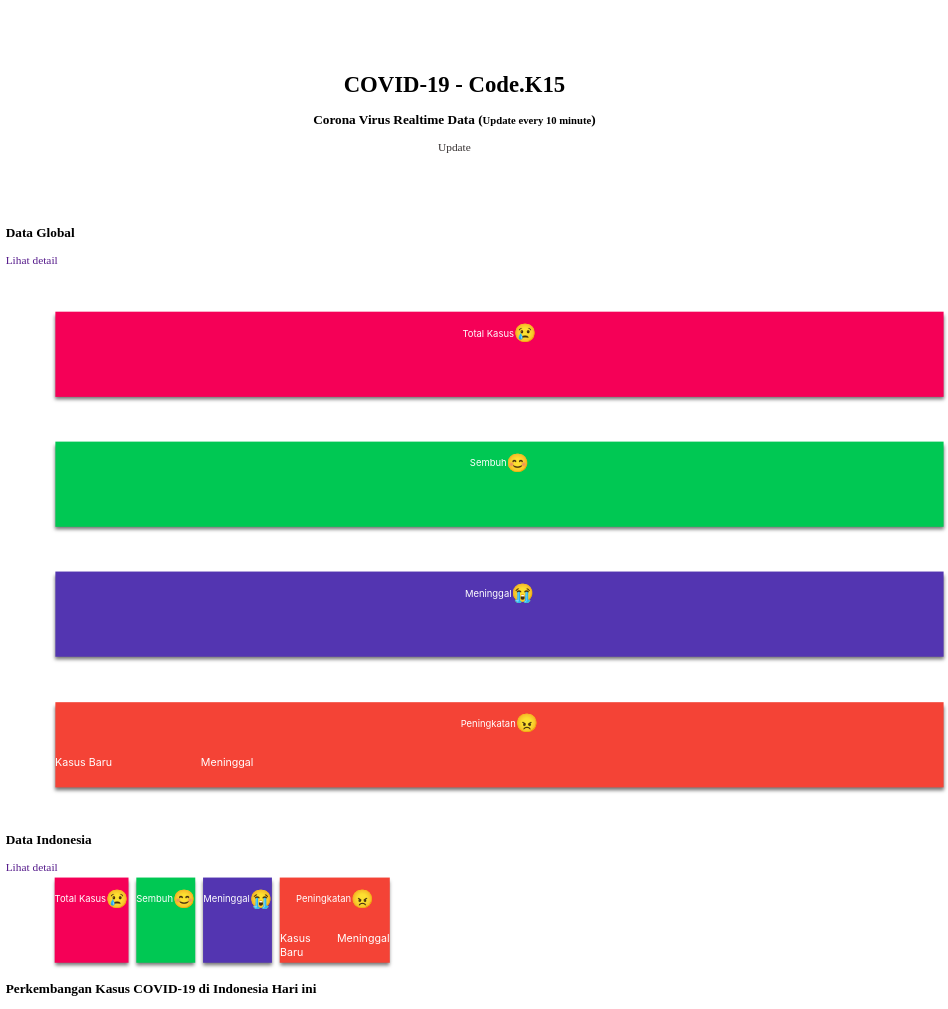
Repository: fathur15/covid19-monitoring
Page: http://localhost/covid19/apps/views/data/main/dashboard.php
The author's editor kept a copy of each file at every save. The page is drawn from the files as they stood at one save, then again after the next save.
The browser window is 1280 px wide. The page is 1335 px wide, so the pictures cover 1335 px, including what lies to the right of the window. The pictures show the whole page, at 71% of full size.
The page is run by PHP 8.4 with error messages shown; the project is at /var/www/html/.

Above is the page before, as saved 2020-04-14 14:02:41.

After the next save:
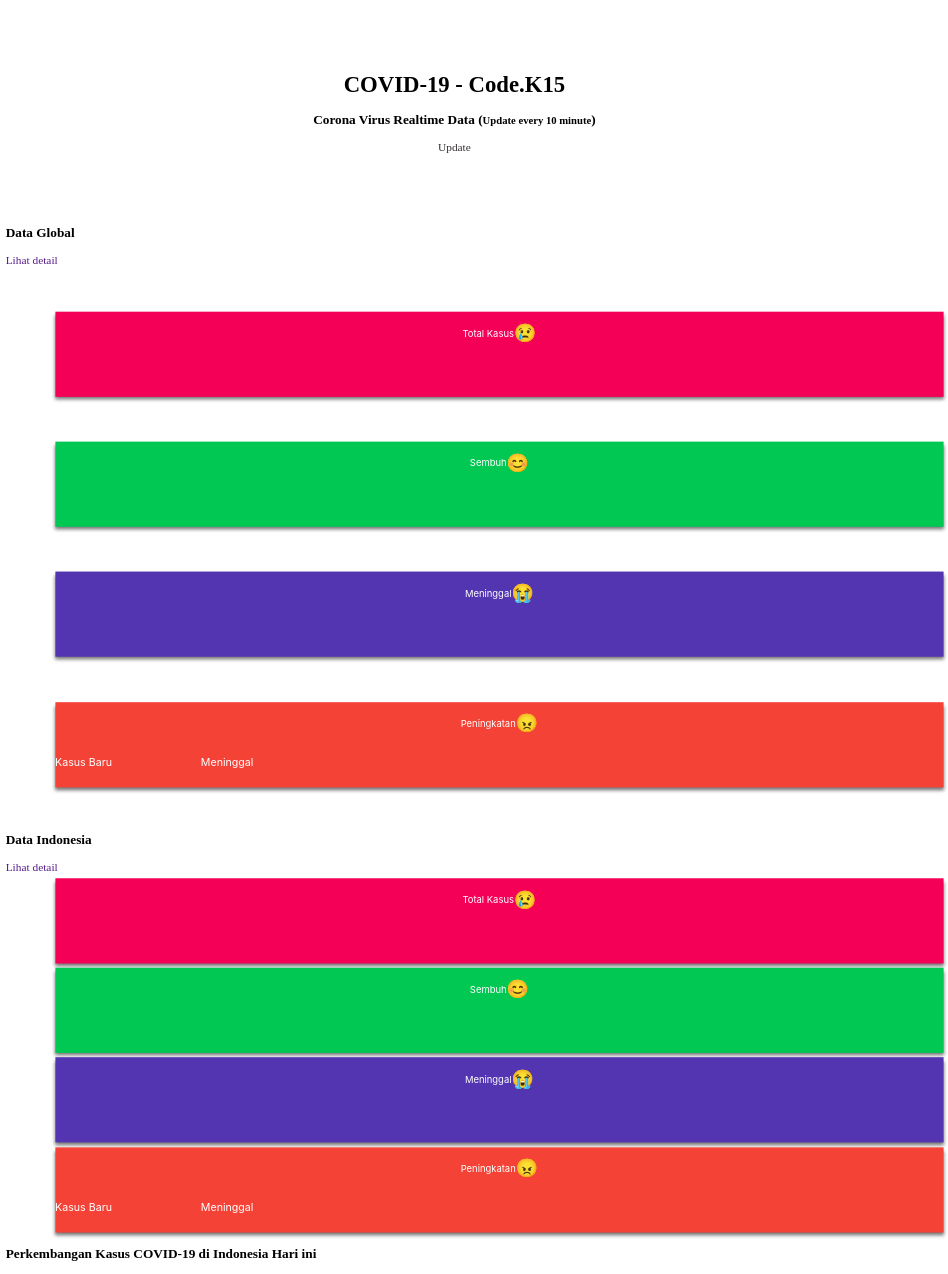
Saved 15 s later.
--- a/apps/views/data/main/dashboard.php
+++ b/apps/views/data/main/dashboard.php
@@ -97,7 +97,7 @@
                     <h3>Data Indonesia</h3>
                     <a style="text-decoration: none" href="">Lihat detail  <i class="fas fa-long-arrow-alt-right" aria-hidden="true"></i></a>
                 </div>
-                <div  id="resumeIndonesia" class="row" style="width: 90%; display: flex; margin: 0 5%;" >
+                <div  id="resumeIndonesia" class="row" style="width: 100%; margin: 0 5%;" >
                     <div class="card col-sm-3 shadow-box" style="background: #f50057; margin: 0.5%; align-items: center; height: 120px ">
                         <div class="card-body">
                             <div style="flex-direction: row; display: flex; justify-content: center; align-items: center">
